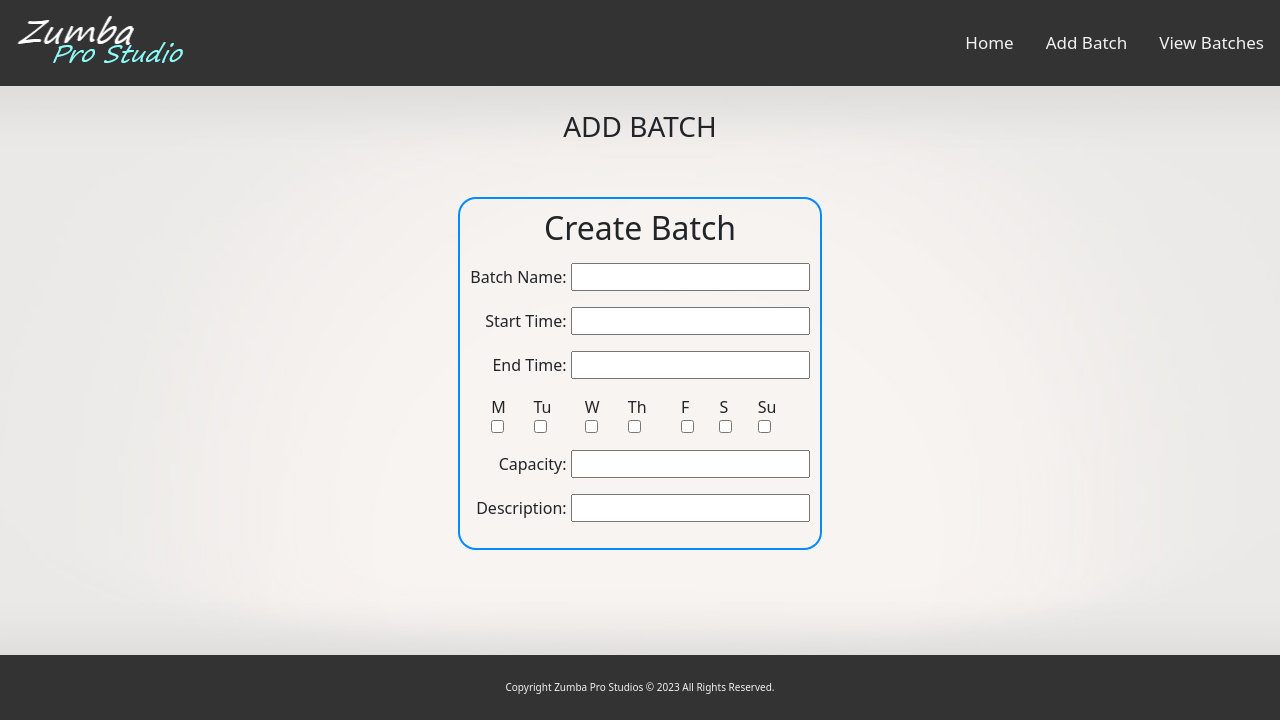
Repository: basemsamuel/Zumba
Page: http://localhost/ZumbaProStudio/adminusers.jsp
These files come from the project's save history. The page is drawn as it stood at one moment and after the next save; the edit follows.
The browser window is 1280 px wide. The pictures show the whole page.
The page is served by Tomcat 10. Other server files are loaded and not shown.

Above is the page before, as saved 2023-07-30 21:46:36.

### ZumbaProStudio/src/main/webapp/adminusers.jsp
<jsp:include page="adminheader.jsp"></jsp:include>
<div class="mycontainer">
	<div align="center">
	<br>
	<h3>ADD BATCH</h3>
	<br>
	<br>
	<div class="col-xs-6">
		<table class="formtable">
			<tr>
				<td style="padding: 10px;">
					<div class='center'>
						<form style="width: 100%;" action="Login" method = "POST">
						    <h2>Create Batch</h2>
						    <div>
						        <p>
							        <div class='right'>
							            <label for="name">Batch Name:</label>
							            <input type="text" id="name" name="name">
							        </div>
						        </p>
						    </div>

						    <div>
						        <p>
							        <div class='right'>
							            <label for="stime">Start Time:</label>
							            <input type="text" id="stime" name="stime">
							        </div>
						        </p>
						    </div>


						    <div>
						        <p>
							        <div class='right'>
							            <label for="etime">End Time:</label>
							            <input type="text" id="etime" name="etime">
							        </div>
						        </p>
						    </div>

						    <div>
						        <p>
							        <div style="padding-left:20px;">
							        	<Table width="100%">
							        		<tr>
							        			<td>M</td>
							        			<td>Tu</td>
							        			<td>W</td>
							        			<td>Th</td>
							        			<td>F</td>
							        			<td>S</td>
							        			<td>Su</td>
							        		</tr>
							        		<tr>
							        			<td>
										            <input type="checkbox" id="M" name="M" value="M">
							        			</td>
							        			<td>
										            <input type="checkbox" id="Tu" name="Tt" value="Tu">
							        			</td>
							        			<td>
										            <input type="checkbox" id="W" name="W" value="W">
							        			</td>
							        			<td>
										            <input type="checkbox" id="Th" name="Th" value="Th">
							        			</td>
							        			<td>
										            <input type="checkbox" id="F" name="F" value="F">
							        			</td>
							        			<td>
										            <input type="checkbox" id="S" name="S" value="S">
							        			</td>
							        			<td>
										            <input type="checkbox" id="Su" name="Su" value="Su">
							        			</td>
							        		</tr>
							        	</Table>

							        </div>
						        </p>
						    </div>

						    <div>
						        <p>
							        <div class='right'>
							            <label for="capacity">Capacity:</label>
							            <input type="number" id="capacity" name="capacity">
							        </div>
						        </p>
						    </div>

						    <div>
						        <p>
							        <div class='right'>
							            <label for="description">Description:</label>
							            <input type="number" id="description" name="description">
							        </div>
						        </p>
						    </div>
						</form>
					</div>
				</td>
			</tr>
		</table>
		<br>
		<div class="emsg">
			<p>
				${batcherrorMessage}
			</p>
		</div>
	</div>
</div>

<jsp:include page="footer.jsp"></jsp:include>

### ZumbaProStudio/src/main/webapp/adminheader.jsp
<html lang="en">

<head>
    <meta charset="UTF-8">
    <meta http-equiv="X-UA-Compatible" content="IE=edge">
    <meta name="viewport" content="width=device-width, initial-scale=1.0">
    <title>Document</title>
    <link href="https://cdn.jsdelivr.net/npm/bootstrap@5.1.3/dist/css/bootstrap.min.css" rel="stylesheet" integrity="sha384-1BmE4kWBq78iYhFldvKuhfTAU6auU8tT94WrHftjDbrCEXSU1oBoqyl2QvZ6jIW3" crossorigin="anonymous">
    <link rel="stylesheet" type="text/css" href="css/styles.css" />
</head>

<body>
	 <div class="topnav">
		<img src="images/logo.png" alt="Zumba Pro Studio">
		<!-- <a class="active" href="#home">Home</a> -->
		<a href="admin.jsp">View Batches</a>
		<a href="addbatch.jsp">Add Batch</a>
		<a href="index.jsp">Home</a>
	</div>

### ZumbaProStudio/src/main/webapp/footer.jsp
<footer>
	Copyright Zumba Pro Studios © 2023 All Rights Reserved.
</footer>
</body>
</html>

### ZumbaProStudio/src/main/webapp/css/styles.css
		.topnav {
			 background-color: #333;
			 overflow: hidden;
				}

		/* Style the links inside the navigation bar */
		.topnav a {
			 float: right;
			 color: #f2f2f2;
			 text-align: center;
			 padding: 30px 16px;
			 text-decoration: none;
			 font-size: 17px;
		}

		.topnav img {
			 float: left;
			 color: #f2f2f2;
			 text-align: center;
			 padding: 14px 16px;
			 text-decoration: none;
			 font-size: 17px;
			 height: 80px;
		}

		/* Change the color of links on hover */
		.topnav a:hover {
			 background-color: #ddd;
			 color: black;
		}

		/* Add a color to the active/current link */
		.topnav a.active {
			 background-color: #04AA6D;
			 color: white;
		}

		footer {
		    background-color: #333;
		    color: #f2f2f2;
		    grid-area: footer;
		    width: 100%;
		    position: absolute;
  			bottom: 0;
  			padding: 25px;
  			text-align: center;
  			font-size: 10px;
		}

		.centerimage {
			height: 100%;
			width: auto;
			display: block;
			margin-left: auto;
			margin-right: auto;

		}

		.center {
			text-align: center;
		}
		.right {
			text-align: right;
		}

		.formtable {
			border-collapse: collapse;
			border-radius: 16px;
			box-shadow: 0 0 0 2px rgb(0, 140, 255);
		}

		.mycontainer {
			height: calc(100% - 150px);
			width: 100%;
			background-image: url('../images/bg.jpg');
			background-color: #333; /* Used if the image is unavailable */
			background-position: center; /* Center the image */
			background-repeat: no-repeat; /* Do not repeat the image */
			background-size: cover; /* Resize the background image to cover the entire container */
		}

		.emsg {
			font-size: 13px;
			color: #FF0000;
		}

After the next save:
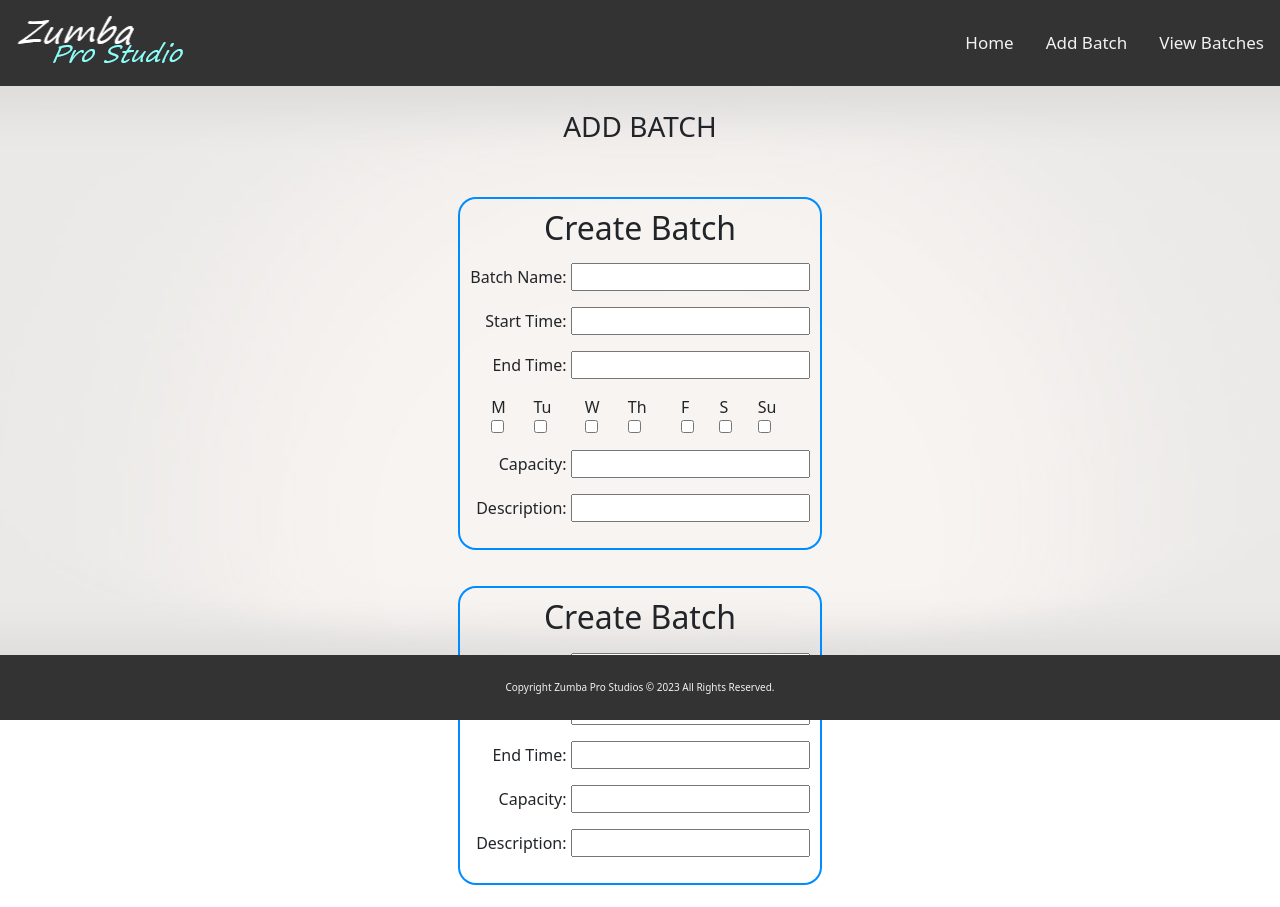
Saved 13 s later.
--- a/ZumbaProStudio/src/main/webapp/adminusers.jsp
+++ b/ZumbaProStudio/src/main/webapp/adminusers.jsp
@@ -5,6 +5,7 @@
 	<h3>ADD BATCH</h3>
 	<br>
 	<br>
+
 	<div class="col-xs-6">
 		<table class="formtable">
 			<tr>
@@ -111,6 +112,71 @@
 			</p>
 		</div>
 	</div>
+	<div class="col-5">
+		<table class="formtable">
+			<tr>
+				<td style="padding: 10px;">
+					<div class='center'>
+						<form style="width: 100%;" action="Login" method = "POST">
+						    <h2>Create Batch</h2>
+						    <div>
+						        <p>
+							        <div class='right'>
+							            <label for="name">Batch Name:</label>
+							            <input type="text" id="name" name="name">
+							        </div>
+						        </p>
+						    </div>
+
+						    <div>
+						        <p>
+							        <div class='right'>
+							            <label for="stime">Start Time:</label>
+							            <input type="text" id="stime" name="stime">
+							        </div>
+						        </p>
+						    </div>
+
+
+						    <div>
+						        <p>
+							        <div class='right'>
+							            <label for="etime">End Time:</label>
+							            <input type="text" id="etime" name="etime">
+							        </div>
+						        </p>
+						    </div>
+
+						    <div>
+						        <p>
+							        <div class='right'>
+							            <label for="capacity">Capacity:</label>
+							            <input type="number" id="capacity" name="capacity">
+							        </div>
+						        </p>
+						    </div>
+
+						    <div>
+						        <p>
+							        <div class='right'>
+							            <label for="description">Description:</label>
+							            <input type="number" id="description" name="description">
+							        </div>
+						        </p>
+						    </div>
+						</form>
+					</div>
+
+				</td>
+			</tr>
+		</table>
+		<br>
+		<div class="emsg">
+			<p>
+				${listerrorMessage}
+			</p>
+		</div>
+	</div>
 </div>
 
 <jsp:include page="footer.jsp"></jsp:include>
